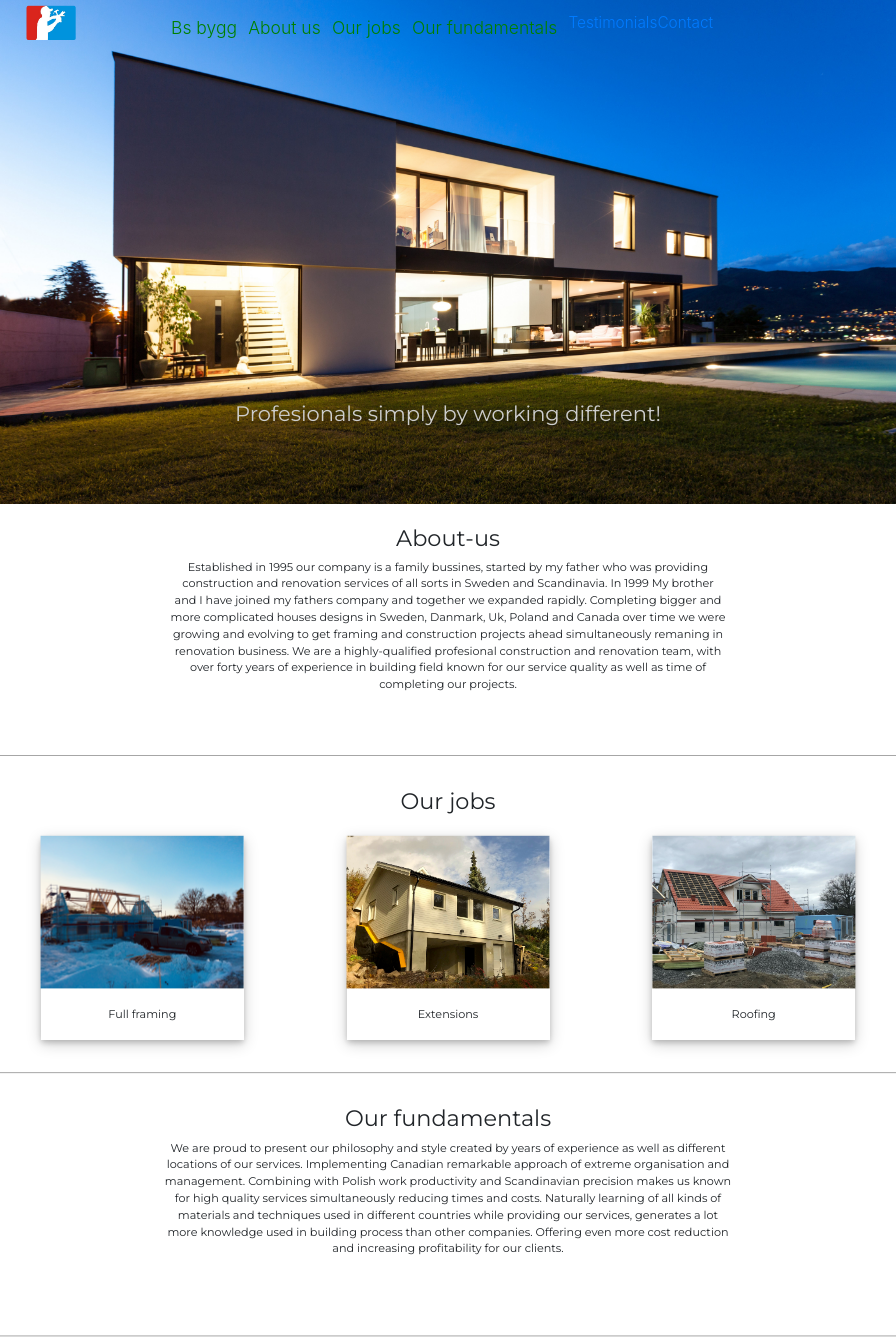
Repository: Bartie1982/milestone-project-1
Page: index.html
The author's editor kept a record of every edit. The page is drawn from the files as they stood at one moment, then again after the next edit.
The browser window is 1280 px wide. The pictures show the part of the page from y = 0 to 1920 px (the page is 2806 px tall), at 70% of full size.
Some web libraries are served in a nearby version.

Above is the page before.

After the next edit:
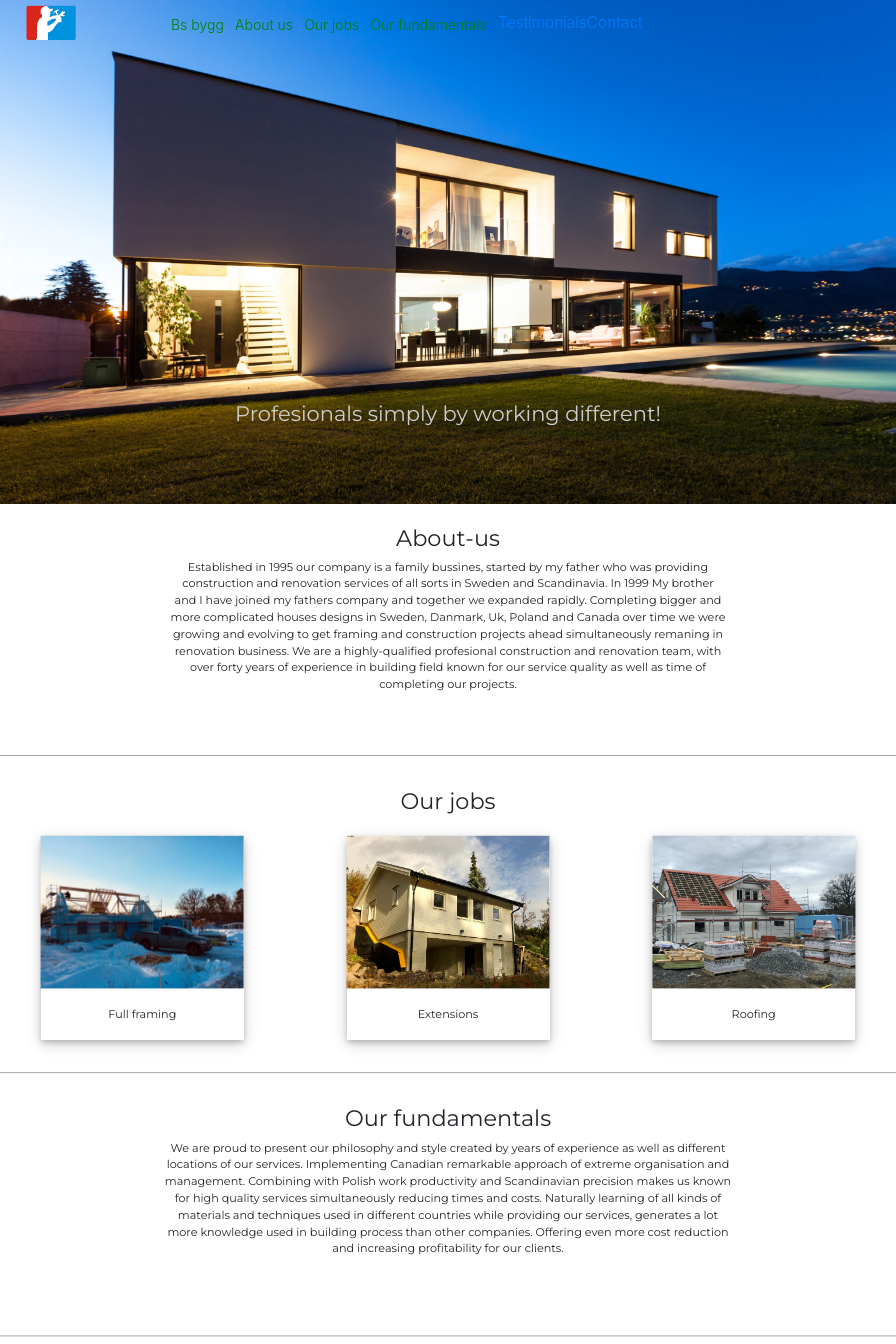
The edit:
--- a/assets/css/style.css
+++ b/assets/css/style.css
@@ -55,10 +55,6 @@
 
 }
 
-.navbar-brand {
-    font-size: 25px;
-    color: #F8F8FF;
-}
 
 .navbar-custom .navbar-brand,
 .navbar-custom .navbar-text {
